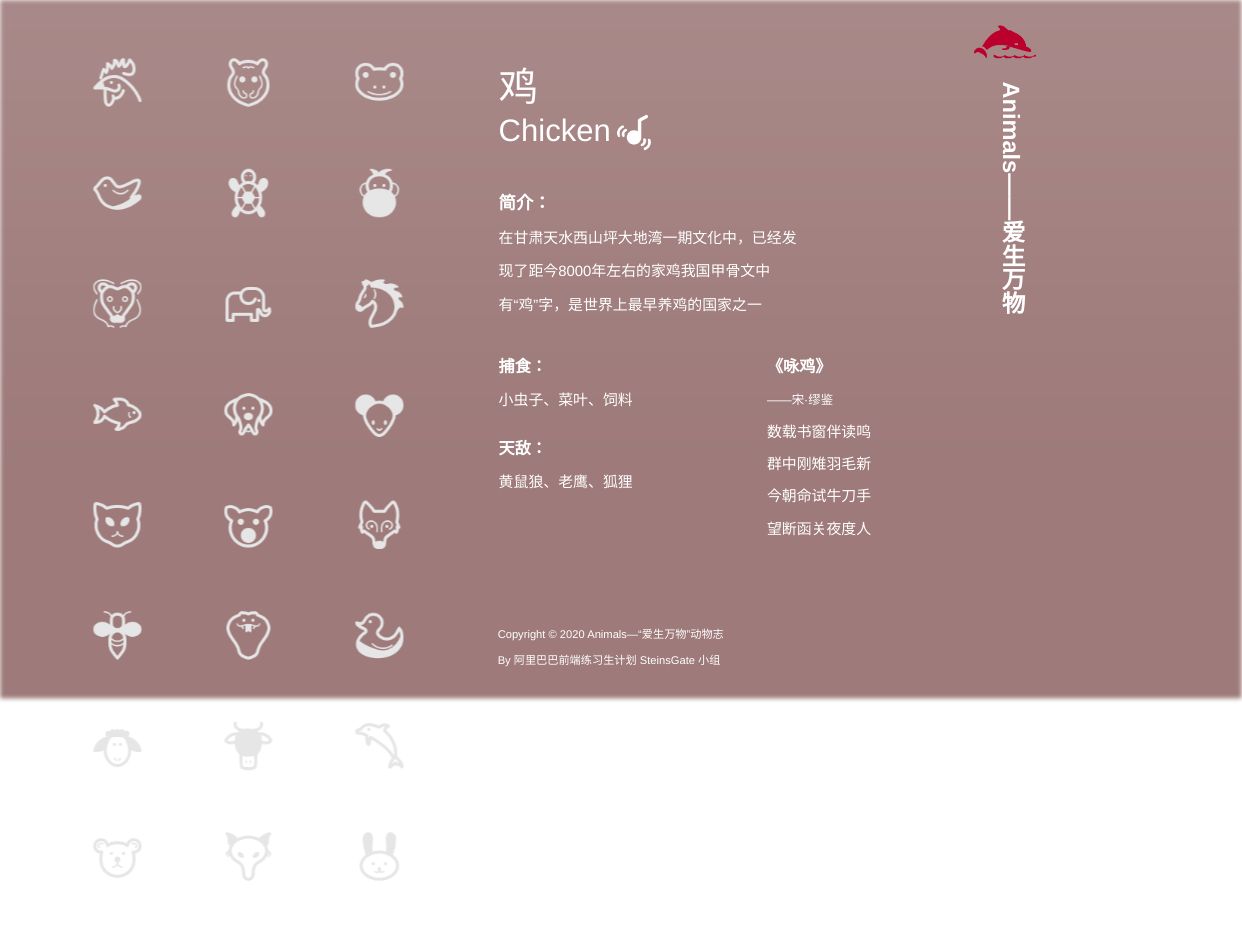
Repository: Whiskeyi/Animals
Page: /
The author's editor kept a copy of each file at every save. The page is drawn from the files as they stood at one save, then again after the next save.
The browser window is 1280 px wide. The pictures show the whole page, at 97% of full size.
The project was rebuilt for these pictures with package versions that can differ from the ones it lists, and the page was loaded fresh each time.

Above is the page before, as saved 2021-11-18 01:12:23.

### public/index.html
<!DOCTYPE html>
<html lang="en">
  <head>
    <meta charset="utf-8">
    <meta http-equiv="X-UA-Compatible" content="IE=edge">
    <meta name="viewport" content="width=device-width,initial-scale=1.0">
    <link rel="icon" href="<%= BASE_URL %>favicon.ico">
    <title>Animals——爱生万物</title>
  </head>
  <body>
    <noscript>
      <strong>We're sorry but animals doesn't work properly without JavaScript enabled. Please enable it to continue.</strong>
    </noscript>
    <div id="app"></div>
    <!-- built files will be auto injected -->
  </body>
</html>

### src/main.js
import Vue from 'vue'
import App from './App.vue'
import router from './router'
import store from './store'
import './plugins/element.js' // 引入element-ui

Vue.config.productionTip = false

new Vue({
  router,
  store,
  render: h => h(App)
}).$mount('#app')

### src/App.vue
<template>
  <div id="app">
    <!-- 入口 -->
    <router-view/>
  </div>
</template>

<style lang="scss">
#app {
  font-family: 'Avenir', Helvetica, Arial, sans-serif;
  -webkit-font-smoothing: antialiased;
  -moz-osx-font-smoothing: grayscale;
}

html, body {  // 去除白边
    width: 100%;
    height: 100%;
    margin: 0;
    padding: 0;
    position: relative;
}

</style>

### src/router.js
// 路由
import Vue from 'vue'
import Router from 'vue-router'
import Home from './views/Home.vue'

Vue.use(Router)

export default new Router({
  mode: 'history',
  base: process.env.BASE_URL,
  routes: [
    {
      path: '/',
      name: 'home',
      component: Home
    }
  ]
})

### src/store.js
import Vue from 'vue'
import Vuex from 'vuex'

Vue.use(Vuex)

export default new Vuex.Store({
  state: {
    num: "",  // data.json数组号
    seconds: "8000" // 页面切换时间
  },
  mutations: {
    saveNum(state, num) {
      state.num = num
    }
  },
  actions: {

  }
})

### src/plugins/element.js
// 引入element-ui
import Vue from 'vue'

import ElementUI from 'element-ui';
import 'element-ui/lib/theme-chalk/index.css';

Vue.use(ElementUI);

### src/views/Home.vue
<template>
  <div class="home">
    <!-- 背景+光泽效果 -->
    <Gloss></Gloss>
    <!-- 页面容器 -->
    <div class="container">
      <!-- 左侧展示模块 -->
      <div id="leftContainer">
        <LeftMain></LeftMain>
      </div>
      <!-- 右侧展示模块 -->
      <div id="rightContainer">
        <!-- 输出信息 -->
          <Info></Info>
          <!-- 右侧标题 -->
          <RightHead></RightHead>
          <!-- 尾部 -->
          <Footer></Footer>
      </div>
    </div>
  </div>
</template>

<script>
// @ is an alias to /src
// 组件引入
import Gloss from '@/components/Gloss'
import Footer from '@/components/Footer'
import Info from '@/components/Info'
import RightHead from '@/components/right-head'
import LeftMain from '@/components/left-main'

export default {
  name: 'home',
  components: {
    Gloss,Footer,Info,RightHead,LeftMain
  }
}
</script>

<style lang="scss" scoped>
#leftContainer {
  position: absolute;
  left: 15%;
  width: 25%;
  height: 100%;
  margin: 0 auto;
}
#rightContainer {
  position: fixed;
  right: 10%;
  width: 50%;
  height: 100%;
  margin: 0 auto;
}
@media screen and (max-width: 960px) { // 屏幕小于960px样式
  #leftContainer {
    position: absolute;
    left: 3%;
    width: 30%;
    height: 100%;
    margin: 0 auto;
  }
  #rightContainer {
    position: fixed;
    right: 0%;
    width: 67%;
    height: 100%;
    margin: 0 auto;
  }
}
@media screen and (min-width: 960px) and (max-width:1440px) { // 屏幕大于等于960px小于1440px样式
  #leftContainer {
    position: absolute;
    left: 5%;
    width: 30%;
    height: 100%;
    margin: 0 auto;
  }
  #rightContainer {
    position: fixed;
    right: 2%;
    width: 63%;
    height: 100%;
    margin: 0 auto;
  }
}
@media screen and (min-width: 1440px) and (max-width: 1920px) { // 屏幕大于等于1440px小于1920px样式
 #leftContainer {
    position: absolute;
    left: 8%;
    width: 33%;
    height: 100%;
    margin: 0 auto;
  }
  #rightContainer {
    position: fixed;
    right: 5%;
    width: 54%;
    height: 100%;
    margin: 0 auto;
  }
}
</style>

### src/components/Gloss/index.vue
<template>
<!-- 实现光泽效果,丰富背景颜色 -->
<div id="bg" :style="{ backgroundColor : color }">
    <div id="gloss"></div>
</div>
</template>

<script>
const animalsData = require('@/data/Animals.json')
import store from '../../store'

export default {
    data() {
        return {
            color: 'rgb(158, 122, 122)'
        }
    },
    mounted() {
        this.changeColor()
        // window.console.log(animalsData.AnimalsDetail[0].color)
    },
    methods: {
        changeColor() {
            setInterval(function() {
                // let arrColor = ["#FC9F4D", "#E98B2A", "#90B44B", "#4D5139", "#1C1C1C", "#4F4F48",
                //                 "#FF5E99", "#828282", "#52433D", "#947A6D", "#080808", "#0C0C0C",
                //                 "#434343", "#B19693", "#434343", "#EFBB24", "#90B44B", "#373C38",
                //                 "#BDC0BA", "#BDC0BA", "#BDC0BA", "#434343","#BDC0BA", "#BDC0BA"]
                let num = Math.floor(Math.random() * animalsData.AnimalsDetail.length)
                store.commit('saveNum',num)
                document.getElementById('bg').style.backgroundColor = animalsData.AnimalsDetail[num].color
                // this.color = color
            }, store.state.seconds);
        }
    }
}
</script>

<style lang="scss" scoped>
#gloss {
    position: fixed;
    width: 100%;
    height: 478px;
    background: url('../../assets/gloss.png') repeat-x;
    // z-index: -8;  //暂时注释,影响调试
}
#bg {
  height: 100%;
  width: 100%;
  position: fixed;
  transition: background-color 2s ease-in; // 背景颜色切换2S过渡
  filter: blur(2px); // 背景高斯模糊
  // z-index: -9; //暂时注释,影响调试
}
</style>

### src/components/Footer/index.vue
<template>
  <div class="footerContainer">
      <p>Copyright © 2020 Animals—“爱生万物”动物志</p>
      <p>By 阿里巴巴前端练习生计划 SteinsGate 小组</p>
  </div>
</template>

<script>
export default {

}
</script>

<style lang="scss" scoped>
.footerContainer {
    position: fixed;
    bottom: 0;
    font-size: 0.9vw;
    color:#fff;
    margin:0 0 20px 65px;
}
</style>

### src/components/Info/index.vue
<template>
  <div class="infoContainer">
    <div class="infPadding">
      <!-- 标题、声音icon -->
    <Introduce></Introduce>
    <!-- 简介 -->
    <IntroduceMid></IntroduceMid>
    <!-- 捕食、诗 -->
    <HabbitPoem></HabbitPoem>
    </div>
  </div>
</template>

<script>
import Introduce from './Introduce'
import HabbitPoem from './habbit-poem'
import IntroduceMid from './introduce-mid'
export default {
  name: 'Info',
  components: {
    Introduce, HabbitPoem, IntroduceMid
  }
}
</script>

<style lang="scss" scoped>
.infoContainer {
    float: left;
    z-index: 10000;
    width: 82%;
    height: 80%;
    margin: 26px 0 0 16px;
    padding: 15px 0px;
    color:#fff;
}
.infPadding {
  padding: 0 0 0 50px;
}
.infoContainer logo {
    position: absolute;
}
// @media screen and (max-width: 960px) { // 屏幕小于960px样式
//   .infoContainer {
//     float: left;
//     z-index: 10000;
//     width: 76%;
//     height: 80%;
//     margin: 26px 0 0 16px;
//   }
// }
// @media screen and (min-width: 960px) and (max-width:1440px) { // 屏幕大于等于960px小于1440px样式
//   .infoContainer {
//     float: left;
//     z-index: 10000;
//     width: 75%;
//     height: 80%;
//     margin: 26px 0 0 16px;
//   }
// }
@media screen and (max-width: 1280px) { // 屏幕<1280px样式
  .infoContainer {
    float: left;
    z-index: 10000;
    width: 65%;
    height: 80%;
    margin: 26px 0 0 16px;
  }
}
</style>

### src/components/right-head/index.vue
<template>
  <div class="rightHeadContainer">
      <el-image class="logo" alt="logo" :src="require('@/icons/index.png')"></el-image>
      <h1 class="vertical">Animals——爱生万物</h1>
  </div>
</template>

<script>
export default {

}
</script>

<style lang="scss" scoped>
.rightHeadContainer {
    float: left;
    height: 400px;
    width: 100px;
    margin: 26px 0 0 16px;
}
.vertical {
    writing-mode: vertical-lr;
    padding-left: 5px;
    color: #fff;
    font-size: 1.9vw;
}
.logo {
    width: 5vw;
    // width: 90px;
    padding-bottom: 20px;
}
// @media screen and (max-width: 1440px) { // 屏幕小于1440px样式
//     .rightHeadContainer {
//         float: left;
//         height: 400px;
//         width:85px;
//         margin: 26px 0 0 0;
//     }
//     .vertical {
//         writing-mode: vertical-lr;
//         padding-right: 0;
//         color: #fff;
//     }
// }
</style>

### src/components/left-main/index.vue
<template>
  <div class="leftContainer">
    <el-row :gutter="20" type="flex" justify="center" v-for="AnimalsDetail in data" :key="AnimalsDetail.enName">
      <el-col :span="8">
        <el-image class="logo" alt="logo" :src="require('@/icons/animals/chicken.png')"></el-image>
      </el-col>
      <el-col :span="8">
        <el-image class="logo" alt="logo" :src="require('@/icons/animals/tiger.png')"></el-image>
      </el-col>
      <el-col :span="8">
        <el-image class="logo" alt="logo" :src="require('@/icons/animals/frog.png')"></el-image>
      </el-col>
    </el-row>
     <el-row :gutter="20" type="flex" justify="center" v-for="AnimalsDetail in data" :key="AnimalsDetail.enName">
      <el-col :span="8">
        <el-image class="logo" alt="logo" :src="require('@/icons/animals/bird.png')"></el-image>
      </el-col>
      <el-col :span="8">
        <el-image class="logo" alt="logo" :src="require('@/icons/animals/turtle.png')"></el-image>
      </el-col>
      <el-col :span="8">
        <el-image class="logo" alt="logo" :src="require('@/icons/animals/monkey.png')"></el-image>
      </el-col>
    </el-row>
     <el-row :gutter="20" type="flex" justify="center" v-for="AnimalsDetail in data" :key="AnimalsDetail.enName">
      <el-col :span="8">
        <el-image class="logo" alt="logo" :src="require('@/icons/animals/lion.png')"></el-image>
      </el-col>
      <el-col :span="8">
        <el-image class="logo" alt="logo" :src="require('@/icons/animals/elephant.png')"></el-image>
      </el-col>
      <el-col :span="8">
        <el-image class="logo" alt="logo" :src="require('@/icons/animals/horse.png')"></el-image>
      </el-col>
    </el-row>
     <el-row :gutter="20" type="flex" justify="center" v-for="AnimalsDetail in data" :key="AnimalsDetail.enName">
      <el-col :span="8">
        <el-image class="logo" alt="logo" :src="require('@/icons/animals/fish.png')"></el-image>
      </el-col>
      <el-col :span="8">
        <el-image class="logo" alt="logo" :src="require('@/icons/animals/dog.png')"></el-image>
      </el-col>
      <el-col :span="8">
        <el-image class="logo" alt="logo" :src="require('@/icons/animals/mouse.png')"></el-image>
      </el-col>
    </el-row>
     <el-row :gutter="20" type="flex" justify="center" v-for="AnimalsDetail in data" :key="AnimalsDetail.enName">
      <el-col :span="8">
        <el-image class="logo" alt="logo" :src="require('@/icons/animals/cat.png')"></el-image>
      </el-col>
      <el-col :span="8">
        <el-image class="logo" alt="logo" :src="require('@/icons/animals/pig.png')"></el-image>
      </el-col>
      <el-col :span="8">
        <el-image class="logo" alt="logo" :src="require('@/icons/animals/wolf.png')"></el-image>
      </el-col>
    </el-row>
     <el-row :gutter="20" type="flex" justify="center" v-for="AnimalsDetail in data" :key="AnimalsDetail.enName">
      <el-col :span="8">
        <el-image class="logo" alt="logo" :src="require('@/icons/animals/bee.png')"></el-image>
      </el-col>
      <el-col :span="8">
        <el-image class="logo" alt="logo" :src="require('@/icons/animals/snake.png')"></el-image>
      </el-col>
      <el-col :span="8">
        <el-image class="logo" alt="logo" :src="require('@/icons/animals/duck.png')"></el-image>
      </el-col>
    </el-row>
     <el-row :gutter="20" type="flex" justify="center" v-for="AnimalsDetail in data" :key="AnimalsDetail.enName">
      <el-col :span="8">
        <el-image class="logo" alt="logo" :src="require('@/icons/animals/sheep.png')"></el-image>
      </el-col>
      <el-col :span="8">
        <el-image class="logo" alt="logo" :src="require('@/icons/animals/cow.png')"></el-image>
      </el-col>
      <el-col :span="8">
        <el-image class="logo" alt="logo" :src="require('@/icons/animals/dolphin.png')"></el-image>
      </el-col>
    </el-row>
     <el-row :gutter="20" type="flex" justify="center" v-for="AnimalsDetail in data" :key="AnimalsDetail.enName">
      <el-col :span="8">
        <el-image class="logo" alt="logo" :src="require('@/icons/animals/bear.png')"></el-image>
      </el-col>
      <el-col :span="8">
        <el-image class="logo" alt="logo" :src="require('@/icons/animals/fox.png')"></el-image>
      </el-col>
      <el-col :span="8">
        <el-image class="logo" alt="logo" :src="require('@/icons/animals/rabbit.png')"></el-image>
      </el-col>
    </el-row>
  </div>
</template>

<script>
import data from '@/data/Animals.json'
export default {
  data() {
    return {
      data
    }
  }
}
</script>

<style lang="scss" scoped>
.leftContainer {
  padding: 30px 0;
  width: 100%;
  text-align: center;
}
.leftContainer .logo {
  width: 80px;
  height: 80px;
  padding: 40px 0;
}
 @media screen and (max-width: 1440px) { // 屏幕小于1440px样式
  .leftContainer .logo {
    height: 50px;
    width: 50px;
    padding: 30px 0;
  }
 }
</style>

### src/components/Info/Introduce/index.vue
<template>
  <div class="introduce">
      <el-row class="intContainer">
          <el-col :span="6">
              <transition name="fade">
                <div id="title">{{ name }}</div>
              </transition>
              <transition name="fade">
                <div id="subTitle">{{ enName }}</div>
              </transition>
          </el-col>
          <el-col :span="10">
              <el-image class="logo" alt="logo" :src="require('@/icons/voice.png')"></el-image>
          </el-col>
      </el-row>
  </div>
</template>

<script>
const animalsData = require('@/data/Animals.json')
import store from '../../../store'
export default {
    data() {
        return {
            name: '鸡',
            enName: 'Chicken'
        }
    },
    mounted() {
        this.changeInfo()
        // window.console.log(store.state.num)
    },
    methods: {
          changeInfo() {
            setInterval(function() {
                this.name = animalsData.AnimalsDetail[store.state.num].name
                document.getElementById('title').innerHTML = this.name
                // window.console.log(this.name)
                this.enName = animalsData.AnimalsDetail[store.state.num].enName
                document.getElementById('subTitle').innerHTML = this.enName
                // window.console.log(this.enName)
            }, store.state.seconds);
        }
    }
}
</script>

<style lang="scss" scoped>
.introduce {
    // background-color: wheat;;
    height: 30%;
    width: 100%;
}
.intContainer {
    padding: 15px 0;
}
#title {
    // font-size: 60px;
    font-size: 3.2vw;
    display: block;
}
#subTitle {
    // font-size: 44px;
    font-size: 2.5vw;
    display: block;
}
.logo {
    padding-top: 60px;
    height: 3.2vw;
    width: 3.2vw;
}
fade-enter {
    opacity: 0;
}
fade-enter-to {
    opacity: 1;
}
.fade-enter-active, .fade-leave-active {
  transition: all 2.5s ease;
}
</style>

### src/components/Info/habbit-poem/index.vue
<template>
  <div class="habPoem">
       <el-row class="habContainer">
           <el-col class="habContent" :span="14">
              <div class="habTil">捕食：</div>
              <span id="food" class="foodTitle">{{ food }}</span><br>
              <div class="habTil">天敌：</div>
              <span id="enemy" class="enemyTitle">{{ enemy }}</span>
            </el-col>
           <el-col class="poem" :span="10">
                <div id="poemTitle">{{ title }}</div>
                <div id="author">{{ author }}</div>
                <div id="content1" class="content">{{ content1 }}</div>
                <div id="content2" class="content">{{ content2 }}</div>
                <div id="content3" class="content">{{ content3 }}</div>
                <div id="content4" class="content">{{ content4 }}</div>
            </el-col>
      </el-row>
  </div>
</template>

<script>
const animalsData = require('@/data/Animals.json')
import store from '../../../store'
export default {
     data() {
        return {
            title: '《咏鸡》',
            author: '——宋·缪鉴',
            content1: '数载书窗伴读鸣',
            content2: '群中刚雉羽毛新',
            content3: '今朝命试牛刀手',
            content4: '望断函关夜度人',
            food: '小虫子、菜叶、饲料',
            enemy: '黄鼠狼、老鹰、狐狸'
        }
    },
    mounted() {
        this.changeInfo()
        // window.console.log(store.state.num)
    },
    methods: {
          changeInfo() {
            setInterval(function() {
                this.title = animalsData.AnimalsDetail[store.state.num].poetryName
                document.getElementById('poemTitle').innerHTML = this.title

                this.author = animalsData.AnimalsDetail[store.state.num].poetryAuthor
                document.getElementById('author').innerHTML = '——' + this.author

                this.content1 = animalsData.AnimalsDetail[store.state.num].poetryContent1
                document.getElementById('content1').innerHTML = this.content1

                this.content2 = animalsData.AnimalsDetail[store.state.num].poetryContent2
                document.getElementById('content2').innerHTML = this.content2

                this.content3 = animalsData.AnimalsDetail[store.state.num].poetryContent3
                document.getElementById('content3').innerHTML = this.content3

                this.content4 = animalsData.AnimalsDetail[store.state.num].poetryContent4
                document.getElementById('content3').innerHTML = this.content4

                this.food = animalsData.AnimalsDetail[store.state.num].food
                document.getElementById('food').innerHTML = this.food

                this.enemy = animalsData.AnimalsDetail[store.state.num].enemy
                document.getElementById('enemy').innerHTML = this.enemy
            }, store.state.seconds);
        }
    }
}
</script>

<style lang="scss" scoped>
.habPoem {
    // background-color: rgb(252, 94, 94);
    height: 30%;
}
.habContent .habTil {
    font-size: 1.3vw;
    font-weight: bold;
    line-height: 4.8vh;
}
.poem {
    // writing-mode: vertical-lr;
    font-size: 1.2vw;
    line-height: 4.6vh;
    #poemTitle {
        font-size: 1.3vw;
        font-weight: bold;
    }
    #author {
        font-size: 1vw;
    }
    // .content {
    //     // letter-spacing: 15px;
    // }
}
.habContainer {
    padding: 15px 0;
}
.habContent span {
    font-size: 1.2vw;
    line-height: 4.4vh;
    display: block;
}
</style>

### src/components/Info/introduce-mid/index.vue
<template>
    <div class="fooMid">
        <el-row class="botContainer">
            <el-col :sm="16" :md="16" :lg="16">
                <!-- <el-collapse>
                    <el-collapse-item title="简介：" class="collapse"> -->
                        <div class="IntTitle">简介：</div>
                        <div id="IntContent">{{ IntContent }}</div>
                    <!-- </el-collapse-item>
                </el-collapse> -->
            </el-col>
        </el-row>
    </div>
</template>

<script>
const animalsData = require('@/data/Animals.json')
import store from '../../../store'
export default {
    data() {
        return {
            IntContent: '在甘肃天水西山坪大地湾一期文化中，已经发现了距今8000年左右的家鸡我国甲骨文中有“鸡”字，是世界上最早养鸡的国家之一'
        }
    },
    mounted() {
        this.changeInfo()
        // window.console.log(store.state.num)
    },
    methods: {
          changeInfo() {
            setInterval(function() {
                this.IntContent = animalsData.AnimalsDetail[store.state.num].content
                document.getElementById('IntContent').innerHTML = this.IntContent
                // window.console.log(this.content)
            }, store.state.seconds);
        }
    }
}
</script>

<style lang="scss" scoped>
// /deep/ .el-collapse-item__header {
//     font-weight: bold;
//     color: #fff;
//     font-size: 24px;
//     background-color: transparent;
// }
// /deep/ .el-collapse-item__content {
//     background-color: transparent !important; // 待解决
//     color:#fff;
// }
.fooMid {
    // background-color: rgb(253, 128, 128);
    height: 50%;
    width: 100%;
}
.botContainer {
    padding: 15px 0;
}
.IntTitle {
    font-size: 1.4vw;
    font-weight: bold;
    line-height: 5.2vh;
}
#IntContent {
    font-size: 1.2vw;
    // font-size: 22px;
    line-height: 4.8vh;
    display: block;
}
// @media screen and (max-width: 1440px) { // 屏幕小于1440px样式
//     #IntContent {
//         font-size: 22px;
//         line-height: 32px;
//         display: block;
//     }
// }
</style>

Loaded but not shown: src/data/Animals.json (399 lines, source omitted)

After the next save:
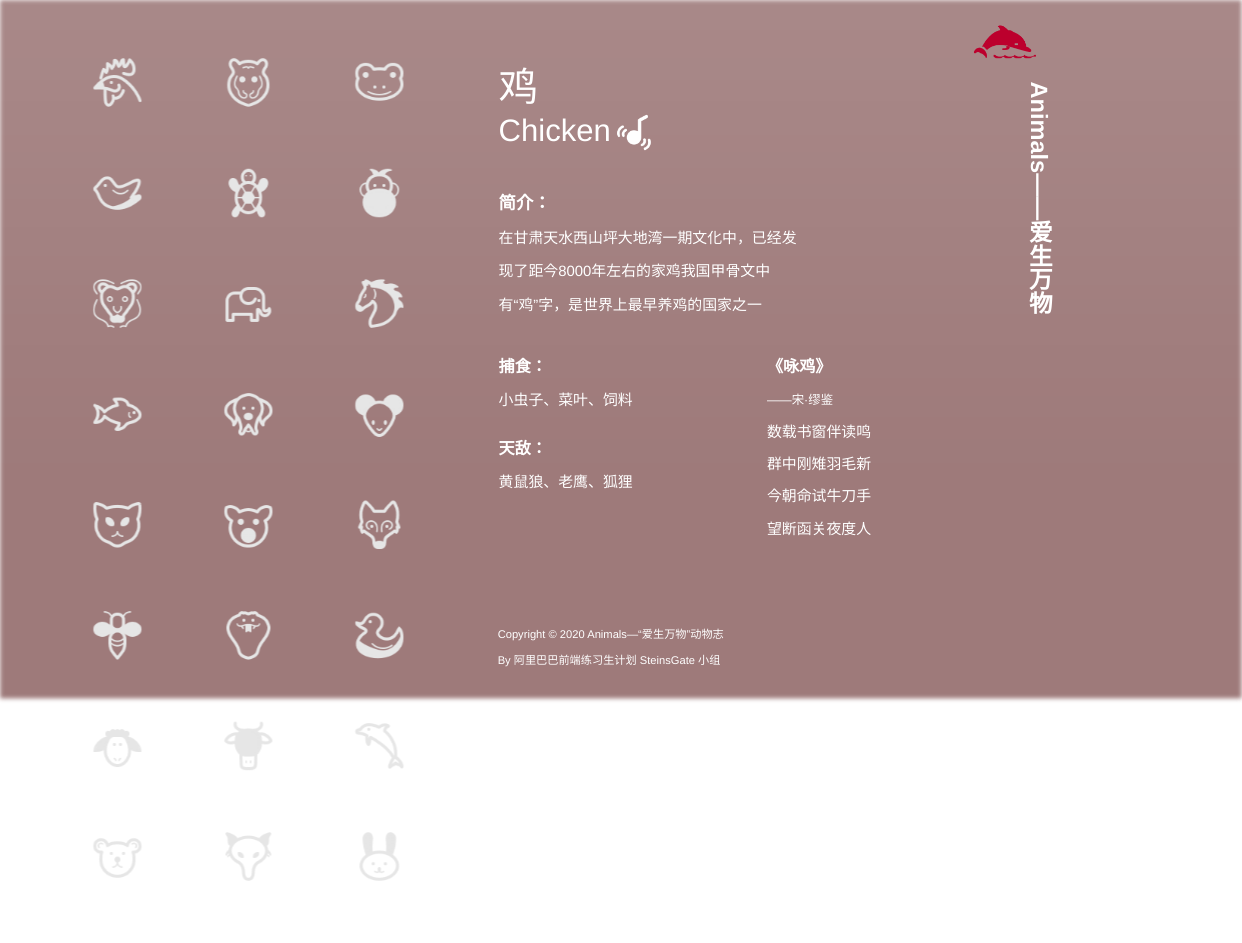
Saved 7 min 33 s later.
--- a/src/components/right-head/index.vue
+++ b/src/components/right-head/index.vue
@@ -20,7 +20,8 @@ export default {
 }
 .vertical {
     writing-mode: vertical-lr;
-    padding-left: 5px;
+    // padding-left: 5px;
+    line-height: 100px;
     color: #fff;
     font-size: 1.9vw;
 }
